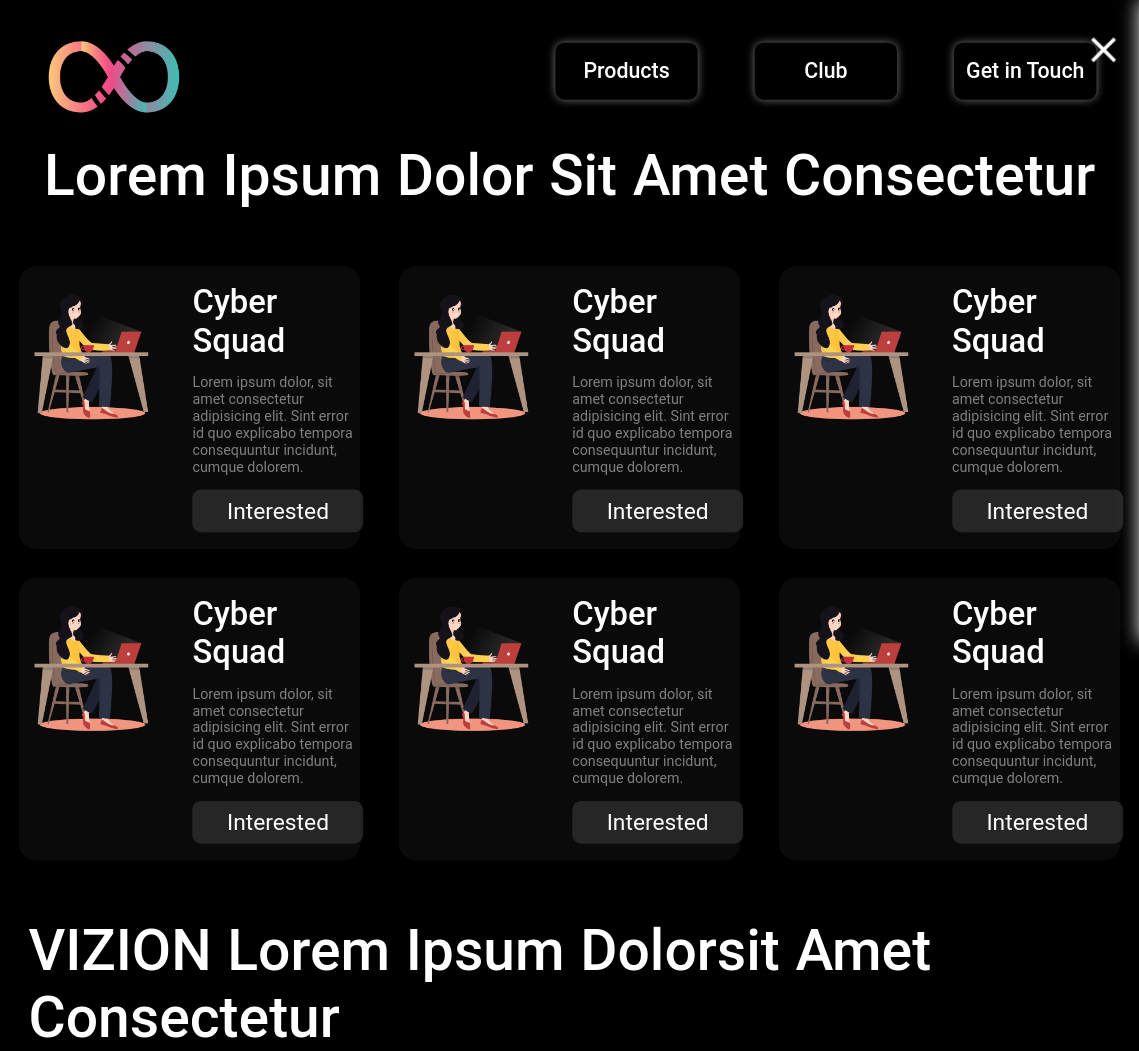
Repository: kapil4457/vizion-internship-project
Page: /
These files come from the project's save history. The page is drawn as it stood at one moment and after the next save; the edit follows.
The browser window is 1280 px wide. The pictures show the whole page, at 89% of full size.
The project was rebuilt for these pictures with package versions that can differ from the ones it lists, and the page was loaded fresh each time. Also part of the build but not shown: src/index.css.

Above is the page before, as saved 2022-10-29 10:57:39.

After the next save:
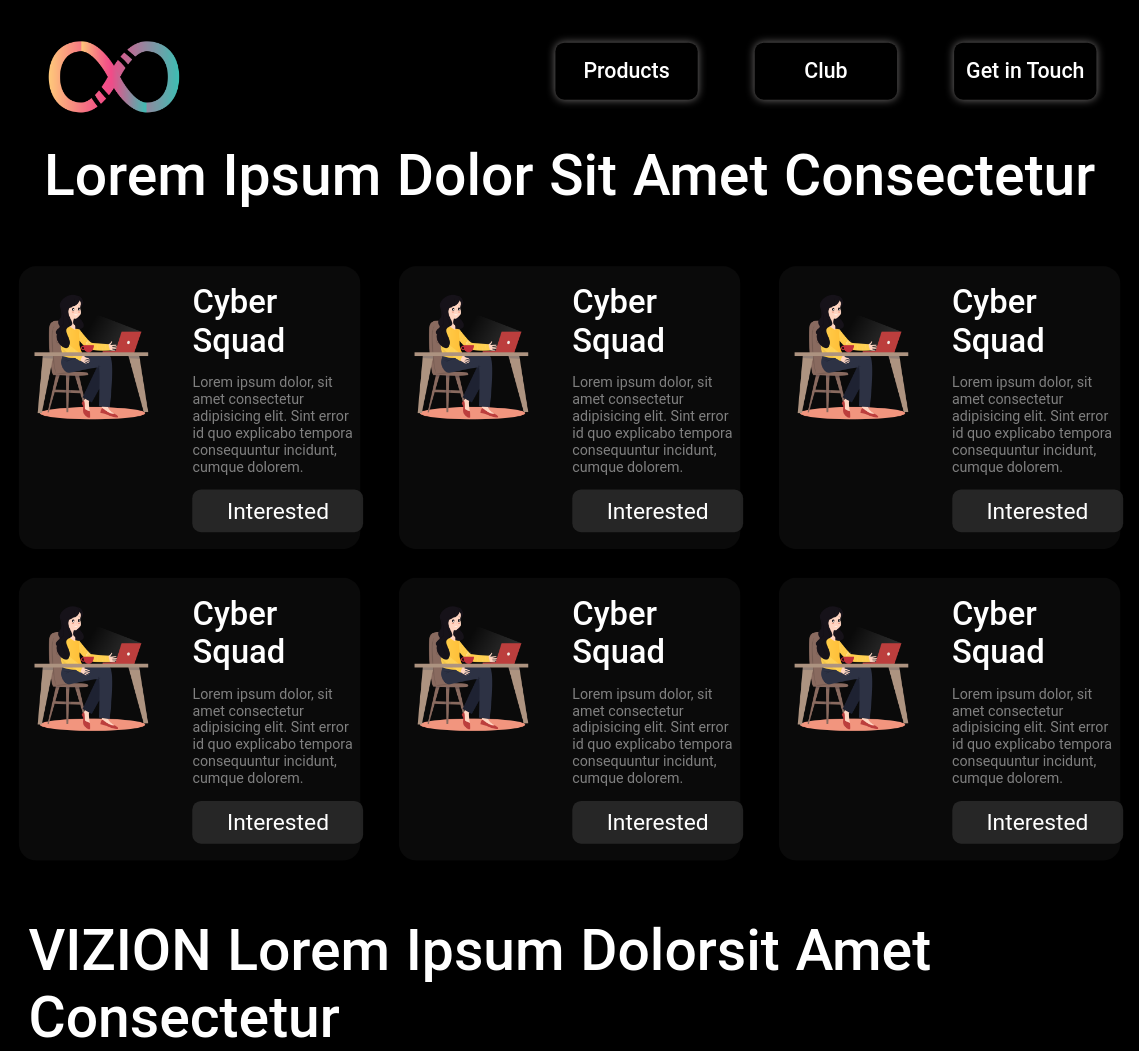
Saved 4 s later.
--- a/src/components/Header/Header.css
+++ b/src/components/Header/Header.css
@@ -61,7 +61,7 @@
     padding-top:3rem;
     gap:2rem;
     box-shadow: 0px 0px 20px gainsboro;
-    transform:translateX(20rem)
+    transform:translateX(30rem)
 }
 .side-header > h2{
     font-size:4rem;
